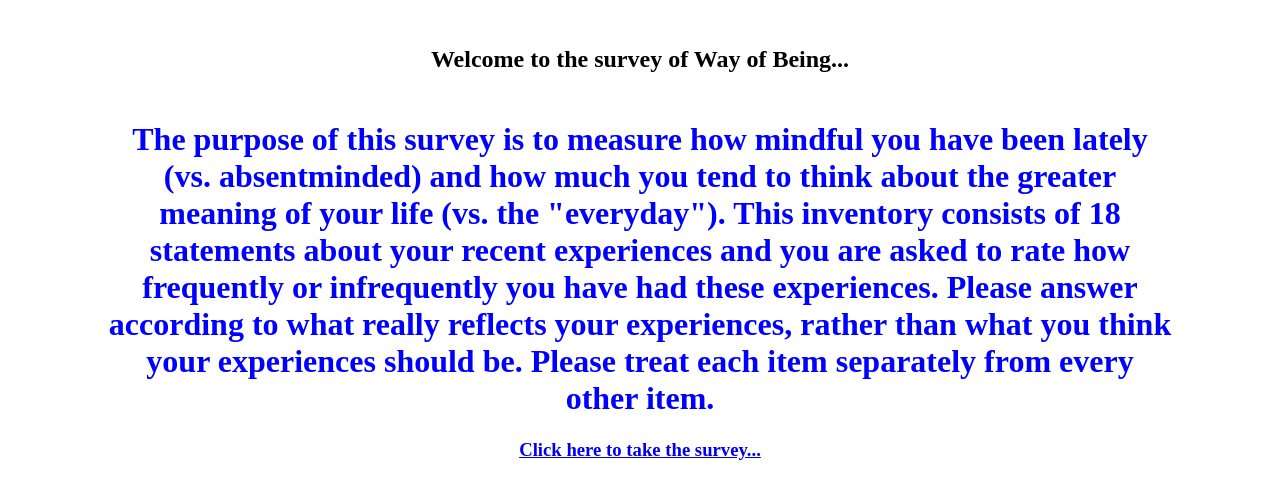
Repository: onlinechetan/WayOfBeing
Page: http://localhost/wayofbeing/
The author's editor kept a copy of each file at every save. The page is drawn from the files as they stood at one save, then again after the next save.
The browser window is 1280 px wide. The pictures show the whole page.
The page is served by Tomcat 9.

Above is the page before, as saved 2015-11-07 21:43:17.

After the next save:
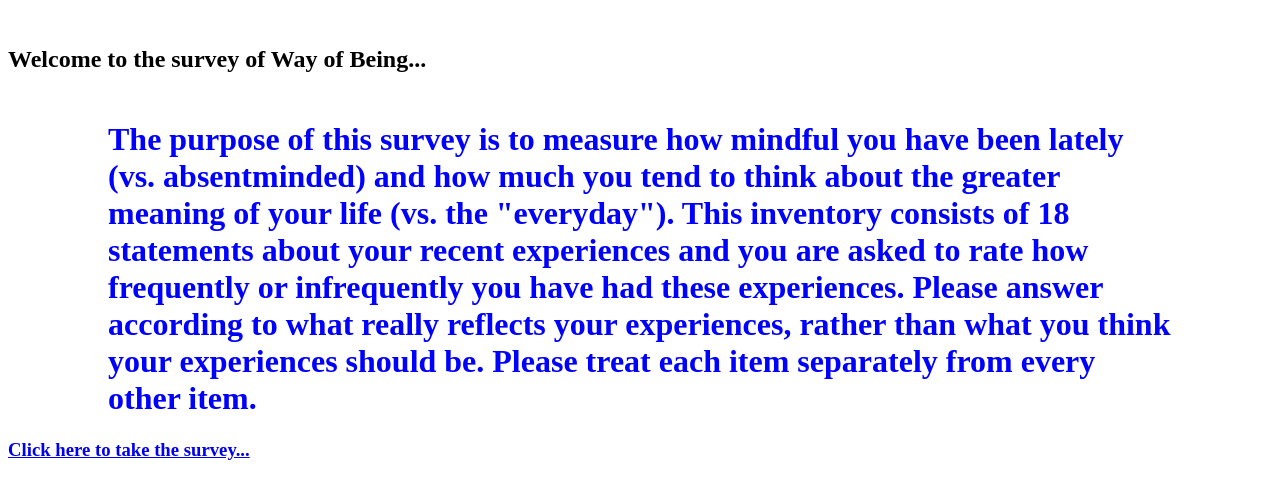
Saved 11 s later.
--- a/wayofbeing/WebContent/index.jsp
+++ b/wayofbeing/WebContent/index.jsp
@@ -16,7 +16,7 @@ h1 {
 </head>
 <body>
 	<br>
-	<div style="text-align:center">
+	<div style="text-align:left">
 		<h2 >
 			Welcome to the survey of Way of Being...<br> <br>
 		</h2>
